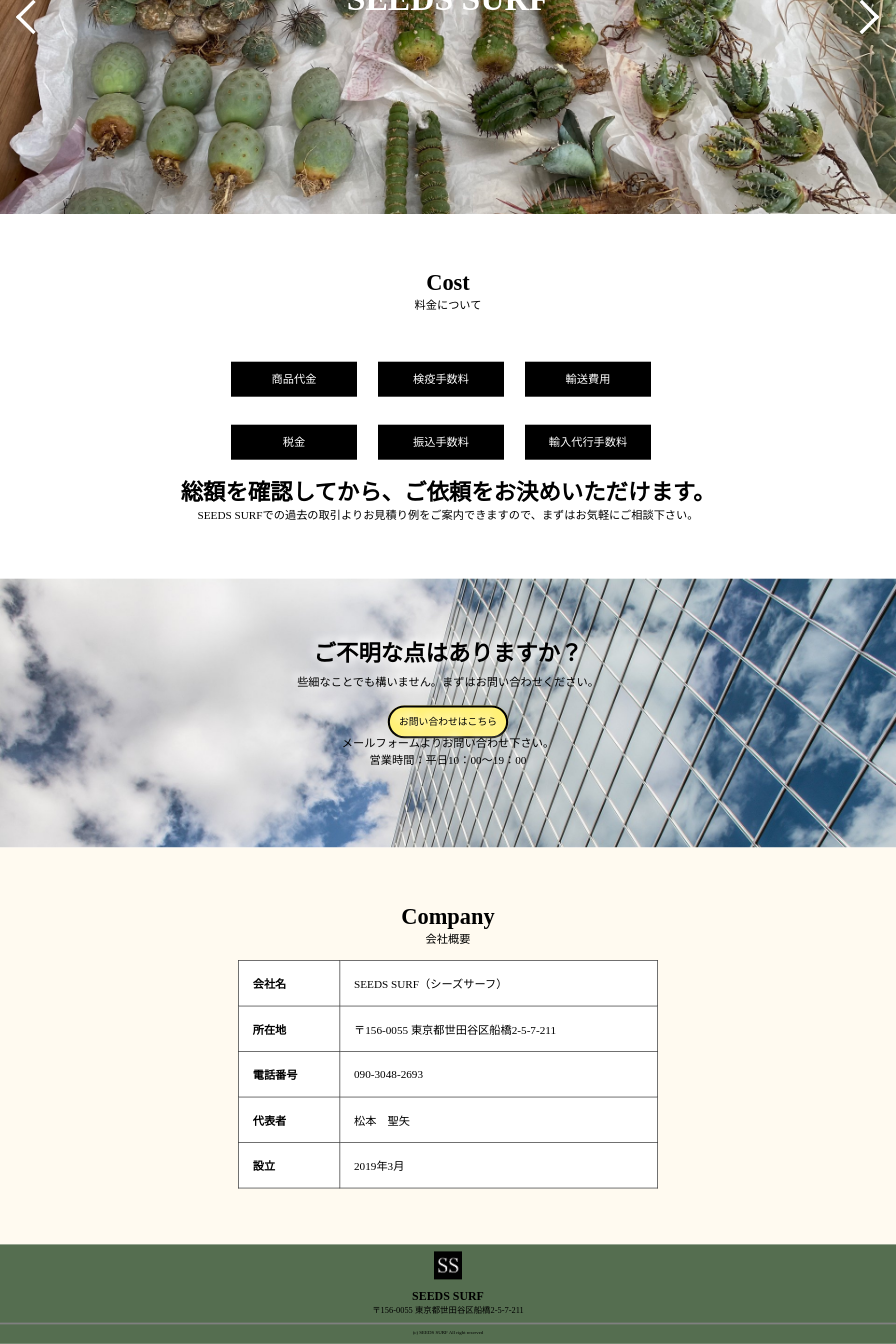
Repository: Seiya00002/seeds-surf-lp
Page: index.html
The author's editor kept a copy of each file at every save. The page is drawn from the files as they stood at one save, then again after the next save.
The browser window is 1280 px wide. The pictures show the part of the page from y = 2234 to 4154 px (the page is 4154 px tall before and 4063 px after), at 70% of full size.

Above is the page before, as saved 2023-07-18 07:27:07.

After the next save:
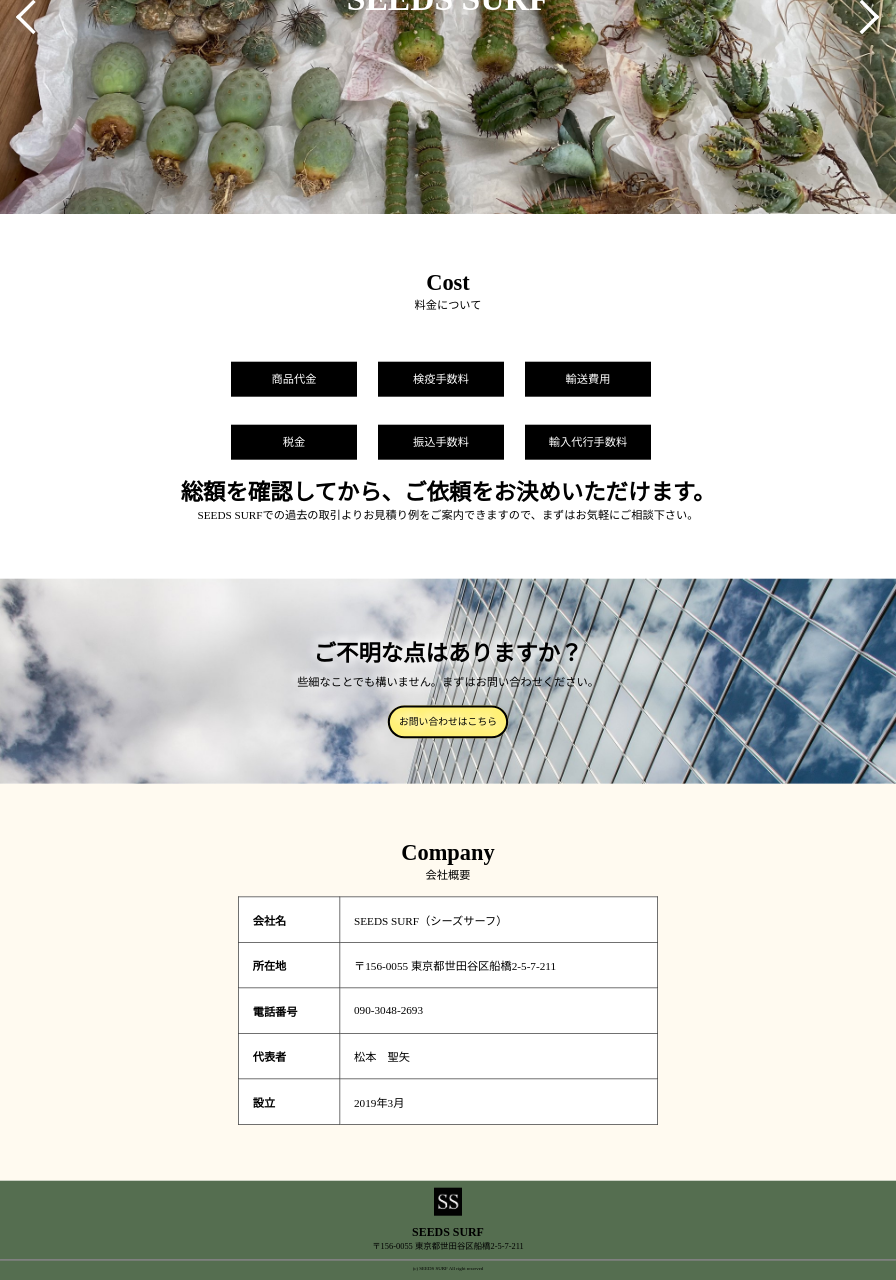
Saved 20 min 20 s later.
--- a/index.html
+++ b/index.html
@@ -264,7 +264,7 @@
                 <p>些細なことでも構いません。まずはお問い合わせください。</p>
                 <a href="https://seeds-surf.com/%e3%81%8a%e5%95%8f%e3%81%84%e5%90%88%e3%82%8f%e3%81%9b/" class="btn contact">お問い合わせはこちら</a>
                 <!-- <h2>TEL : 090-3048-2693</h2> -->
-                <p>メールフォームよりお問い合わせ下さい。<br>営業時間：平日10：00〜19：00</p>
+                <!-- <p>メールフォームよりお問い合わせ下さい。<br>営業時間：平日10：00〜19：00</p> -->
             </div>
         </div>
         <div class="company_wrapper">
